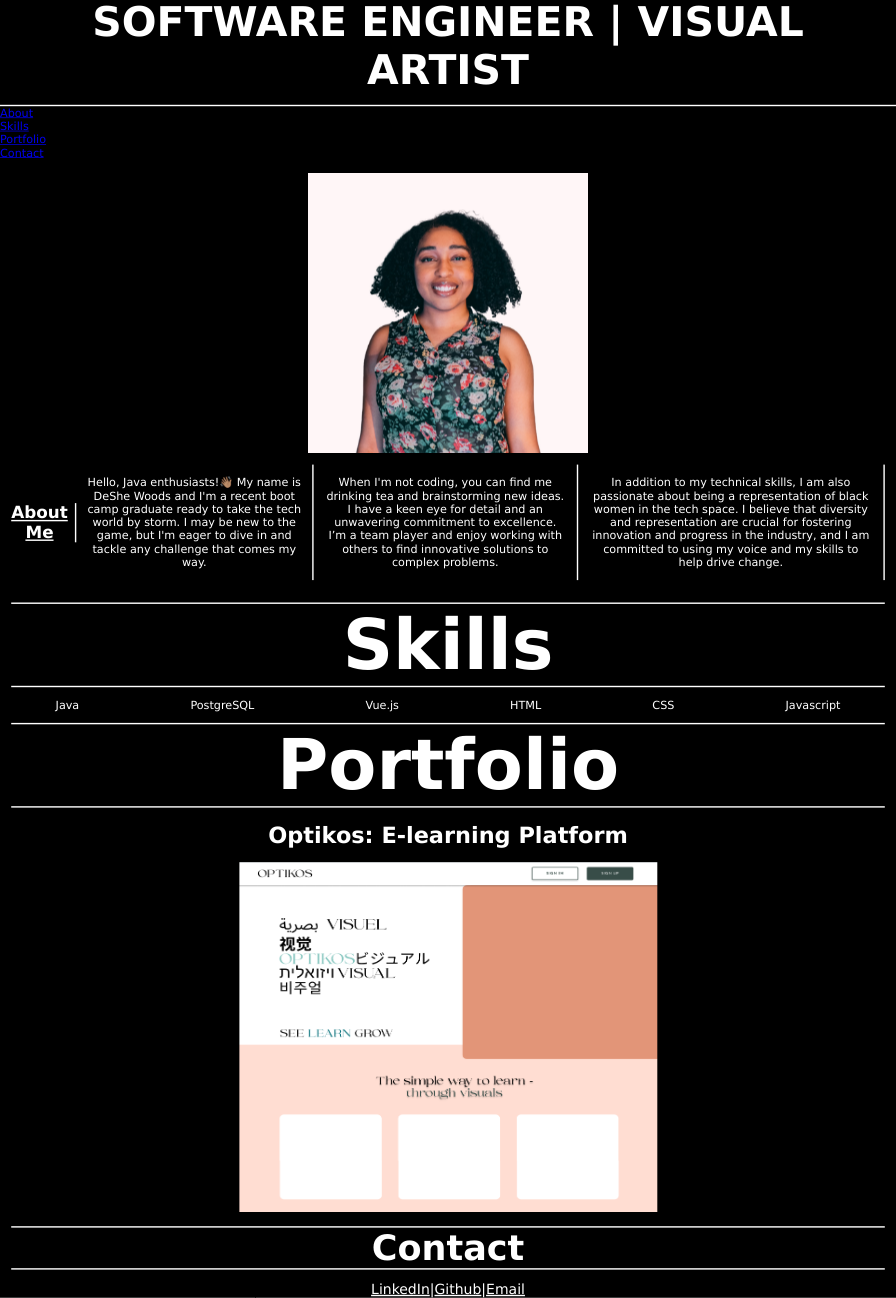
Repository: woodsdeshe/portfolio
Page: index.html
The author's editor kept a copy of each file at every save. The page is drawn from the files as they stood at one save, then again after the next save.
The browser window is 1280 px wide. The pictures show the part of the page from y = 664 to 2518 px (the page is 2518 px tall before and 2498 px after), at 70% of full size.
A picture or video elsewhere on the page could not be fetched, so the positions and the page height are approximate. Some web fonts or font styles are not loaded; a fallback is used.

Above is the page before, as saved 2023-06-11 12:40:41.

### index.html
<!DOCTYPE html>
<html lang="en">
<head>
    <meta charset="UTF-8">
    <meta http-equiv="X-UA-Compatible" content="IE=edge">
    <meta name="viewport" content="width=device-width, initial-scale=1.0">
    <title>DeShe Woods | Software Engineer</title>
    <link rel="stylesheet" href="style.css">
    <link rel="stylesheet" href="https://cdnjs.cloudflare.com/ajax/libs/aos/2.3.4/aos.css" />
</head>
<body>
    <div class="container">
        <video autoplay muted loop>
            <source src="pexels-crazy-motions-11738195-1920x1080-24fps.mp4" type="video/mp4">
        </video>
        <div class="header">
            <h1>DESHE WOODS</h1>
        </div>
    </div>
    <div class="subheader">
        <h3>SOFTWARE ENGINEER | VISUAL ARTIST</h3>
    </div>
    <nav class="navbar">
        <ul>
            <li><a href="#about">About</a></li>
            <li><a href="#skills">Skills</a></li>
            <li><a href="#portfolio">Portfolio</a></li>
            <li><a href="#contact">Contact</a></li>
        </ul>
    </nav>
    <div class="headshot" data-aos="fade-up">
        <img src="Headshot.jpg" alt="Picture of DeShe Woods">
    </div>
    <div class="about-me" data-aos="fade-up">
        <h2 id="about">About Me</h2>
        <p>Hello, Java enthusiasts!👋🏽 My name is DeShe Woods and I'm a recent boot camp graduate ready to take the tech world by storm. I may be new to the game, but I'm eager to dive in and tackle any challenge that comes my way.</p>
        <p>When I'm not coding, you can find me drinking tea and brainstorming new ideas. I have a keen eye for detail and an unwavering commitment to excellence. I’m a team player and enjoy working with others to find innovative solutions to complex problems.</p>
        <p>In addition to my technical skills, I am also passionate about being a representation of black women in the tech space. I believe that diversity and representation are crucial for fostering innovation and progress in the industry, and I am committed to using my voice and my skills to help drive change.</p>
    </div>

    <div class="skills-header">
        <h1 id="skills">Skills</h1>
    </div>
    <div class="skills-content" data-aos="fade-up">
        <p class="java">Java</p>
        <p class="postgresql">PostgreSQL</p>
        <p class="Vue-js">Vue.js</p>
        <p class="html">HTML</p>
        <p class="css">CSS</p>
        <p class="javascript">Javascript</p>
    </div>
    <div class="portfolio-header">
        <h1 id="portfolio">Portfolio</h1>
    </div>
    <div class="optikos" data-aos="fade-up">
        <h1>Optikos: E-learning Platform</h1>
        <img src="Screenshot (6).png" alt="Screenshot of Optikos home page">
    </div>
    <div class="contact" id="contact">
        <h2>Contact</h2>
    </div>
   <footer>
    <a href="#">LinkedIn</a> |
    <a href="#">Github</a> |
    <a href="#">Email</a>
   </footer>

   <script src="https://cdnjs.cloudflare.com/ajax/libs/jquery/3.6.0/jquery.min.js"></script>
   <script src="https://cdnjs.cloudflare.com/ajax/libs/aos/2.3.4/aos.js"></script>
   <script>
     AOS.init();
   </script>
</body>
</html>

### style.css
@import url('https://fonts.googleapis.com/css2?family=Climate+Crisis&display=swap');

* {
    margin: 0;
    padding: 0;
    box-sizing: border-box;
}

body:not(.container) {
    background-color: #000;
    font-family: Verdana, Geneva, Tahoma, sans-serif;
    color: white;
}

.container {
    width: 100%;
    height: 100%;
    position: relative;
}

.container video {
    height: 100%;
    width: 100%;
}

.header h1{
    font-family:'Climate Crisis', cursive, Verdana;
    font-size: 200px;
    font-weight: 900;
    text-align: center;
    color: white;
    position: absolute;
    top: 0;
    left:0;
    background: #000;
    height: 100%;
    width: 100%;
    display:flex;
    align-items: center;
    justify-content: center;
    flex-wrap: wrap;
    mix-blend-mode: multiply;
}

.subheader {
    border-top: 2px solid white;
    border-bottom: 2px solid white;
    padding: 1rem;
    text-align: center;
    font-size: 50px;
}

.headshot img {
    height:400px;
    width: 400px;
    align-content: center;
    display:block;
    margin-left: auto;
    margin-right: auto;
    margin-top: 20px;
}

.about-me {
    padding: 1rem;
    text-align: center;
    display: flex;
    align-items: center;
}

.about-me h2 {
    text-decoration: underline;
    border-right: 2px solid white;
    padding-right: 10px;
}

.about-me p {
    border-right: 2px solid white;
    padding: 1rem;
}

.portfolio-header, .skills-header, .contact h2 {
    font-size: 50px;
    text-align: center;
    border-top: 2px solid white;
    border-bottom: 2px solid white;
    margin: 1rem
}

.skills-content {
    display: flex;
    flex-direction: row;
    justify-content: space-around;
}

.portfolio {
    display: flex;
    flex-direction: column;
}

.optikos img {
   width: 597px;
   height: 500px;
   display: block;
   margin-left: auto;
    margin-right: auto;
    margin-bottom: 20px;
}


.optikos h1 {
    text-align: center;
    margin: 20px;
}

.optikos p {
    grid-area: "optikos-content";
}

.contact h2{
    font-size: 50px
}

footer {
    display: flex;
    justify-content: center;
    font-size: 20px;
}

footer a {

        box-shadow: inset 0 0 0 0 #54b3d6;
        color: white;
        margin: 0 -.25rem;
        padding: 0 .25rem;
        transition: color .3s ease-in-out, box-shadow .3s ease-in-out;
}
    footer a:hover {
        box-shadow: inset 100px 0 0 0 #54b3d6;
        color: white;
      }

After the next save:
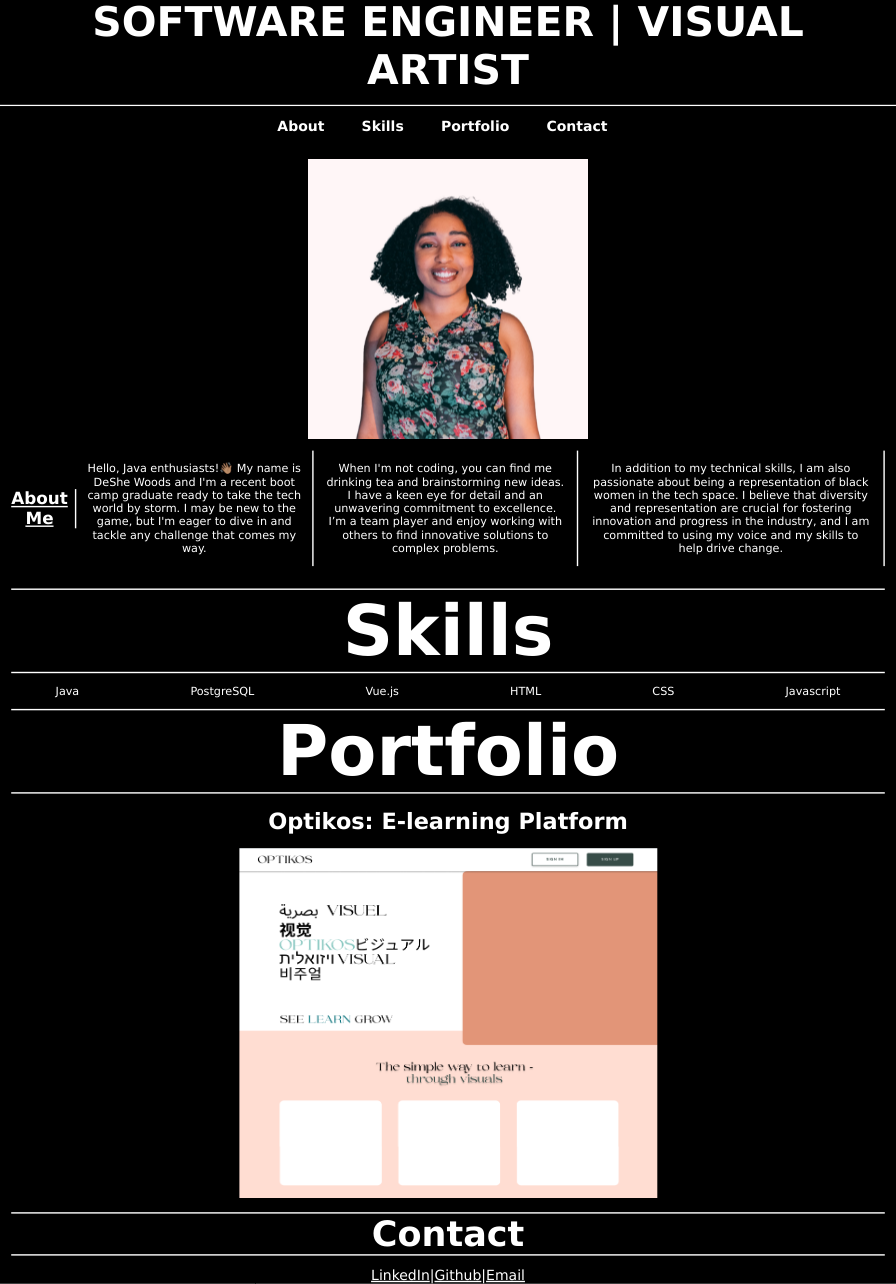
Saved 24 s later.
--- a/style.css
+++ b/style.css
@@ -49,6 +49,35 @@ body:not(.container) {
     text-align: center;
     font-size: 50px;
 }
+
+.navbar {
+    background-color: #000;
+    padding: 1rem;
+    text-align: center;
+}
+
+.navbar ul {
+    list-style-type: none;
+}
+
+.navbar li {
+    display: inline-block;
+    margin-right: 1rem;
+}
+
+.navbar a {
+    text-decoration: none;
+    color: white;
+    font-size: 20px;
+    font-weight: bold;
+    padding: 0.5rem 1rem;
+}
+
+.navbar a:hover {
+    background-color: #333;
+    border-radius: 5px;
+}
+
 
 .headshot img {
     height:400px;
